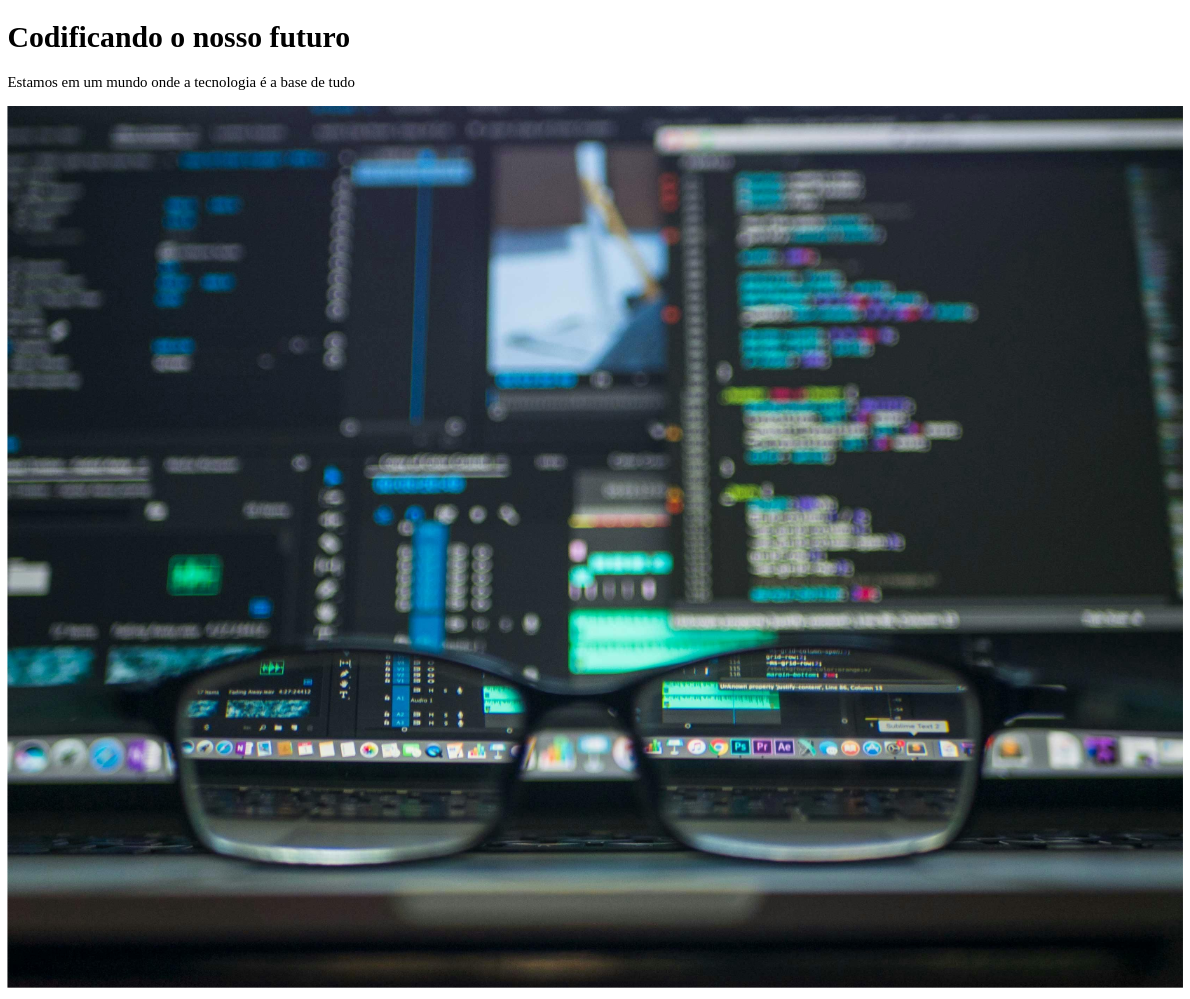
Repository: Caiquedev123/Sites
Page: index.html
An editor plug-in stored every save of this project. The page is shown before and after a run of saves, followed by the edit.
The browser window is 1280 px wide. The pictures show the whole page, at 93% of full size.

Above is the page before, as saved 2024-07-22 14:00:24.

### index.html
<!DOCTYPE html>
<html lang="en">
<head>
    <meta charset="UTF-8">
    <meta name="viewport" content="width=device-width, initial-scale=1.0">
    <title>Projeto</title>
    <link rel="stylesheet" href="style.css">
</head>
<body>
    <h1>Codificando o nosso futuro</h1>
    <p>Estamos em um mundo onde a tecnologia é a base de tudo</p>
    <section class="imagens">
        <img src="./imagem/Progrmação.jpg" alt="programação">
    </section>
</body>
</html>

### style.css
body{background-color: rgb(255, 255, 255);}

img{
    height: max-content;
    width: 100%;
    object-fit: cover;
}

After the next 2 saves:
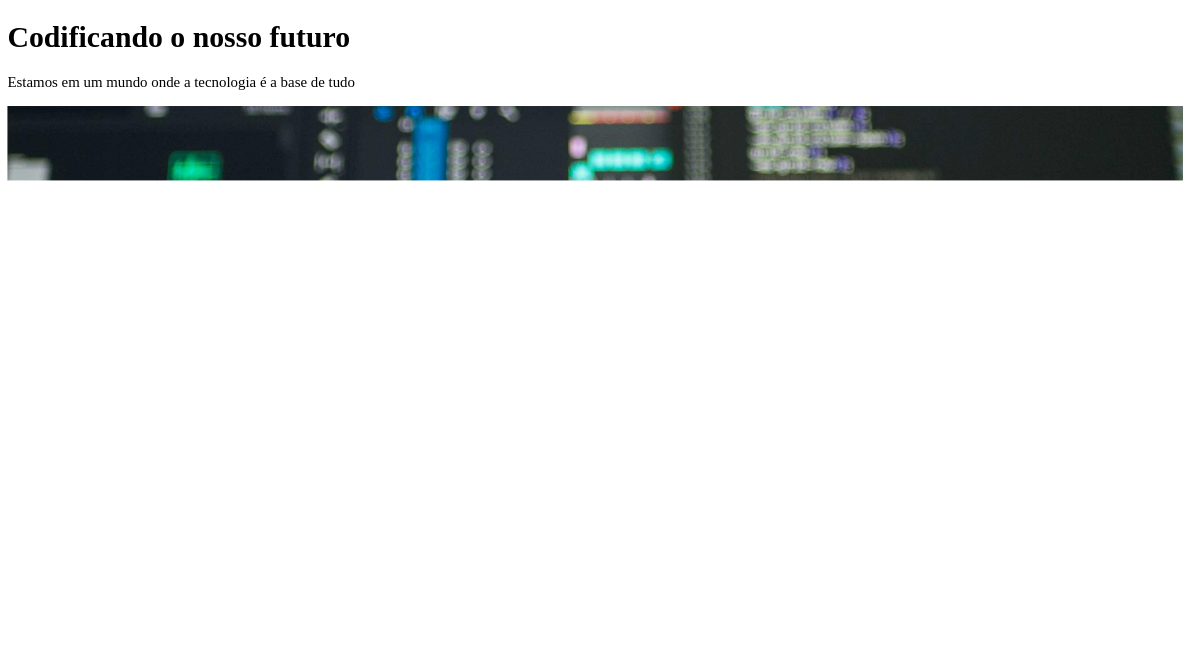
The 2 saves are shown as one change because they came seconds apart.
The last was saved 7 s later.
--- a/style.css
+++ b/style.css
@@ -1,7 +1,7 @@
 body{background-color: rgb(255, 255, 255);}
 
 img{
-    height: max-content;
+    height: 80px;
     width: 100%;
     object-fit: cover;
 }

After the 2 saves that followed:
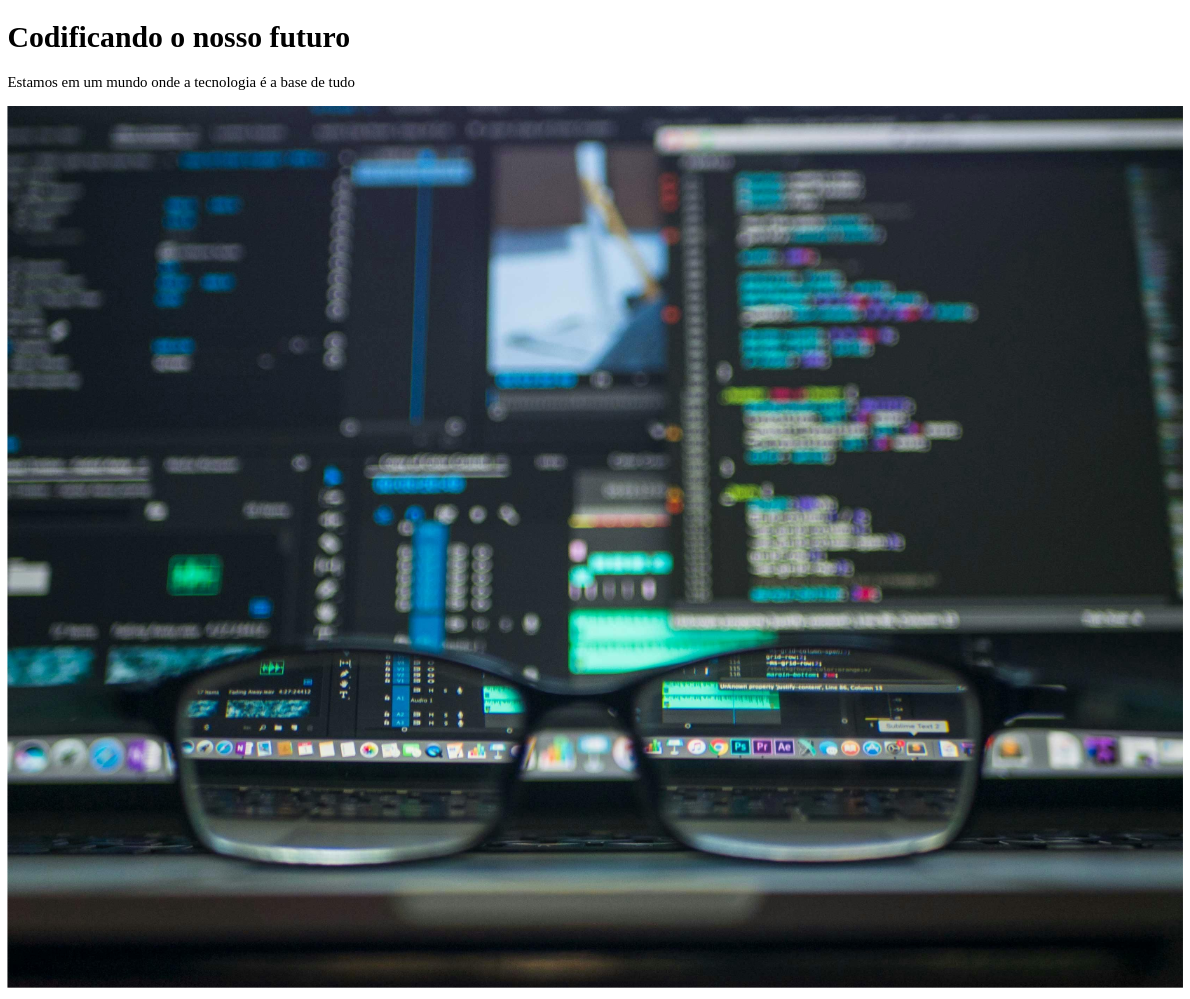
The 2 saves are shown as one change because they came seconds apart.
The last was saved 6 s later.
--- a/style.css
+++ b/style.css
@@ -1,7 +1,7 @@
 body{background-color: rgb(255, 255, 255);}
 
 img{
-    height: 80px;
+
     width: 100%;
     object-fit: cover;
 }
